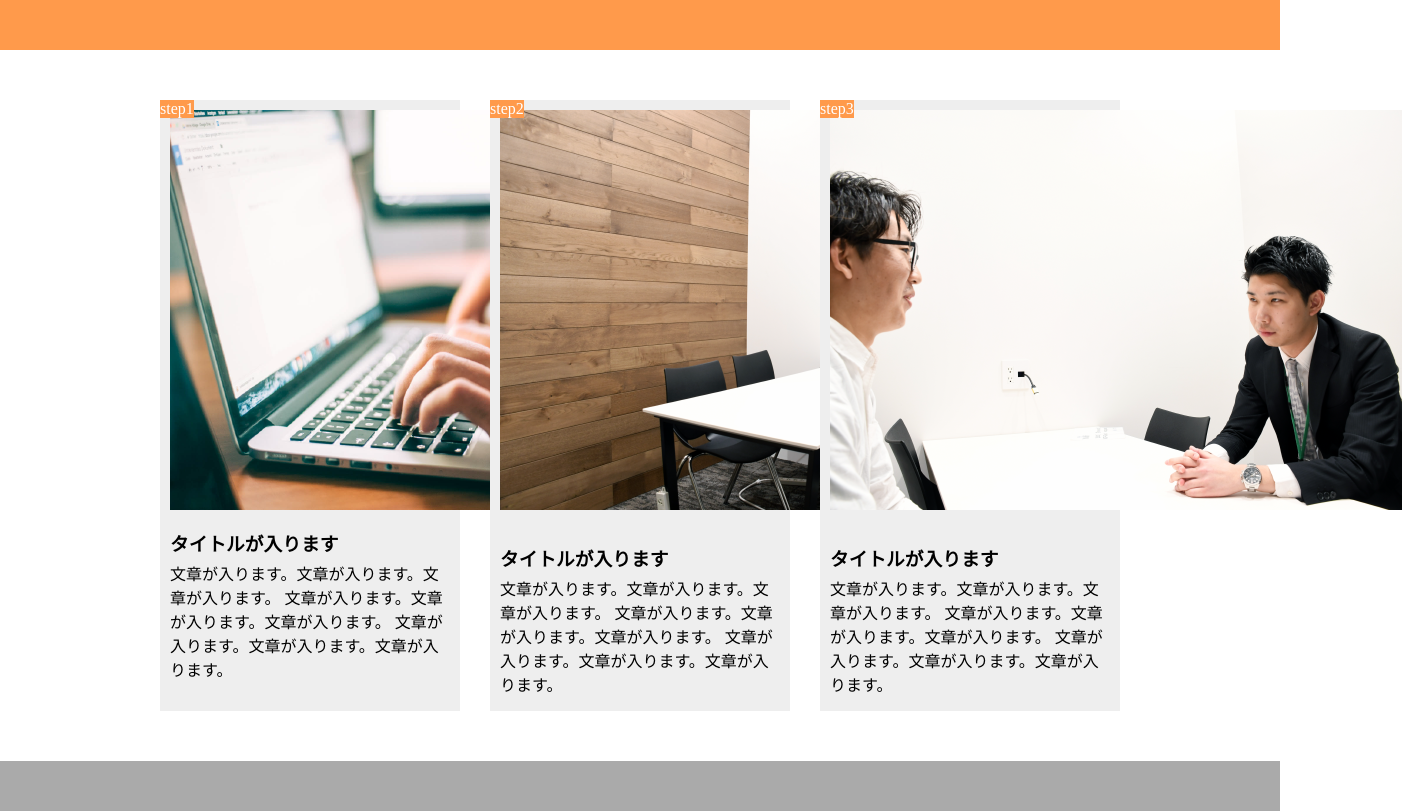
Repository: Kaori199701/-1
Page: 課題1/chapter9-index.html
The author's editor kept a record of every edit. The page is drawn from the files as they stood at one moment, then again after the next edit.
The browser window is 1280 px wide. The page is 1402 px wide, so the pictures cover 1402 px, including what lies to the right of the window. The pictures show the whole page.

Above is the page before.

### 課題1/chapter9-index.html
<!DOCTYPE html>
<html lang="ja">
  <head>
    <meta charset="UTF-8" />
    <!-- CSSファイルの読み込み -->
    <link rel="stylesheet" href="chapter9-style.css" />
    <title>chapter9</title>
  </head>

  <body>
     <!-- header -->
    <header>
    </header>

     <!-- main用のdiv -->
     <main>
       <!-- 内容 -->
          <!-- 1コ目の記事-->
         <div class="contents-box">
           <img class="contents-image" src="img/flow01.png">
           <span class="step-number">step1</span>
           <h3 class="contents-text-heading">タイトルが入ります</h3>
           <p>文章が入ります。文章が入ります。文章が入ります。
           文章が入ります。文章が入ります。文章が入ります。
           文章が入ります。文章が入ります。文章が入ります。</p>


         </div>
         <!-- 2コ目の記事-->
         <div class="contents-box">
          <span class="step-number">step2</span>

            <img class="contents-image" src="img/flow02.png">
            <section class="contents-text">
              <h3 class="contents-text-heading">タイトルが入ります</h3>
              <p>文章が入ります。文章が入ります。文章が入ります。
              文章が入ります。文章が入ります。文章が入ります。
              文章が入ります。文章が入ります。文章が入ります。</p>
             </section>

         </div>

        <!-- 3コ目の記事-->
         <div class="contents-box">
          <span class="step-number">step3</span>
           <div class="contents">
            <img class="contents-image" src="img/flow03.png">
            <section class="contents-text">
              <h3 class="contents-text-heading">タイトルが入ります</h3>
              <p>文章が入ります。文章が入ります。文章が入ります。
              文章が入ります。文章が入ります。文章が入ります。
              文章が入ります。文章が入ります。文章が入ります。</p>
             </section>
           </div>
         </div>

     </main>

     <!-- footer -->
     <footer>
     </footer>
   </body>
</html>

### 課題1/chapter9-style.css
/* ブラウザがそれぞれ持っているCSSをリセットするための記述 */
* {
  margin: 0;
  padding: 0;
  box-sizing: border-box;
}

header {
  height: 50px;
  background-color: #FF9A4B
}

main {
  width: 960px; /* 横幅960px */
  display: flex; /* Flexboxの利用 */
  margin: 50px auto; /* 要素の中央揃え */
}

.contents-box {
  width: 300px;
  margin-right: 30px;
  padding: 10px;
  position: relative;
  background-color: #EEEEEE;
}

.contents-box last-child{
  margin-right: 0;
}


.step-img1 {
  height: 150px;
  background-image: url(img/flow01.png);
  background-position: bottom;
  background-size: cover;
}

.step-img2 {
  height: 150px;
  background-image: url(img/flow02.png);
  background-position: bottom;
  background-size: cover;
}

.step-img3 {
  height: 150px;
  background-image: url(img/flow03.png);
  background-position: bottom;
  background-size: cover;
}


.contents-text-heading {
  padding-top: 15px;
  padding-bottom: 5px;
}

.step-number {
  position: absolute;
  top: 0;
  left: 0;
  background-color: #FF9A4B;
  color: #fff;
}

.contents-text {
  padding: 15px 0 5px;
}

footer {
  width: 100%; /* 横幅100% */
  height: 50px; /* 高さ50px */
  background-color: #AAAAAA;
}






@media screen and (max-width: 768px) {
  header {
    width: 100%;
  }


main {
    width: 100%;
    display: block;
  }

.contents-box {
  width: 90%;
  margin-bottom: 20px;
  padding: 10px;
  position: relative;
  background-color: #EEEEEE;
}

}

After the next edit:
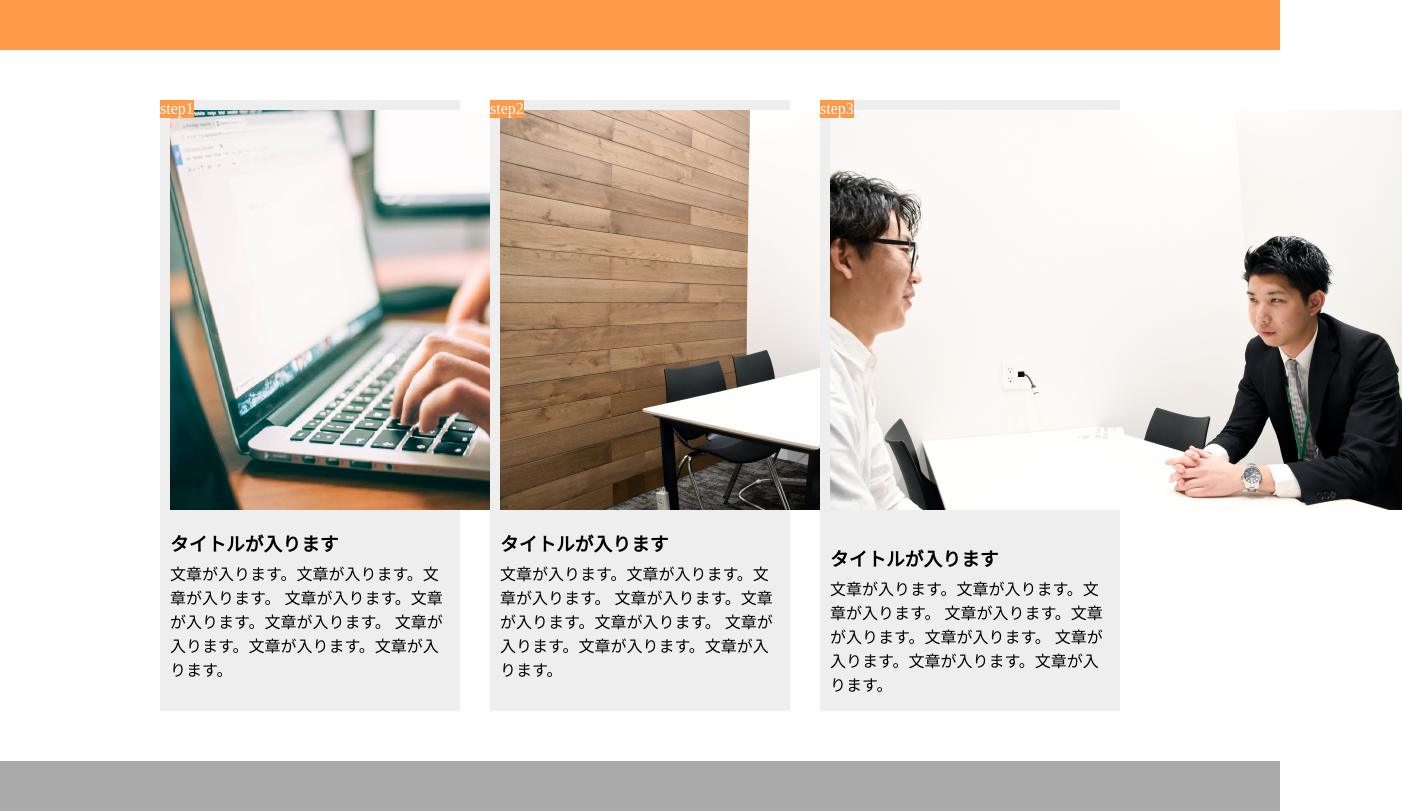
The edit:
--- a/課題1/chapter9-index.html
+++ b/課題1/chapter9-index.html
@@ -31,7 +31,7 @@
           <span class="step-number">step2</span>
 
             <img class="contents-image" src="img/flow02.png">
-            <section class="contents-text">
+
               <h3 class="contents-text-heading">タイトルが入ります</h3>
               <p>文章が入ります。文章が入ります。文章が入ります。
               文章が入ります。文章が入ります。文章が入ります。
